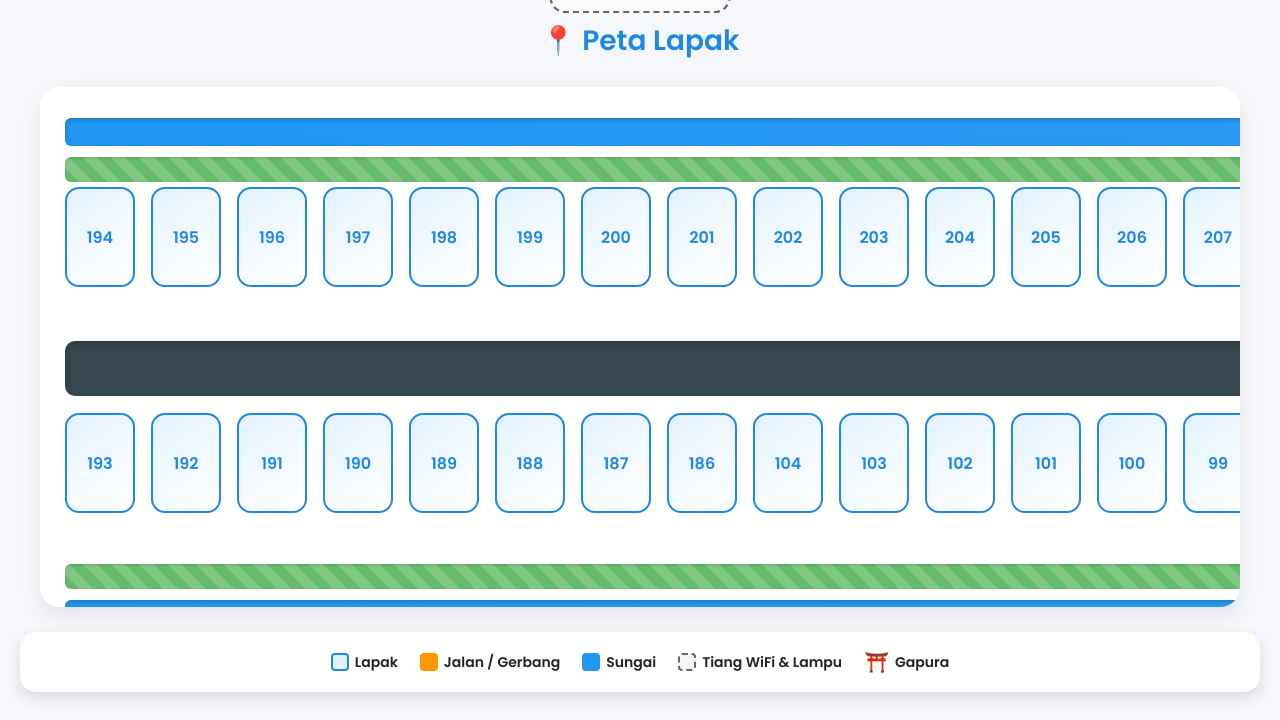
Repository: pasarrakyatbak/denah
Page: index.html
An editor plug-in stored every save of this project. The page is shown before and after the next save, followed by the edit.
The browser window is 1280 px wide. The pictures show the whole page.
An inner scrolling area shows only its first screen.

Above is the page before, as saved 2025-09-19 18:59:33.

### index.html
<!DOCTYPE html>
<html lang="id">

<head>
    <meta charset="utf-8" />
    <meta name="viewport" content="width=device-width, initial-scale=1" />
    <title>Peta Lapak Modern</title>
    <link href="https://fonts.googleapis.com/css2?family=Poppins:wght@400;600&display=swap" rel="stylesheet">
    <link rel="stylesheet" href="style.css" />
</head>

<body>
    <h1>📍 Peta Lapak</h1>

    <!-- Tooltip -->
    <div class="tooltip" id="tooltip"></div>

    <!-- Grid Container -->
    <div class="scroll-container">
        <div class="h-inner">

            <!-- Rumput kiri -->
            <div class="sungai-side">🌊 Sungai</div>
            <div class="rumput"></div>
            <!-- Lapak kanan (sekarang di atas jalan utama) -->
            <div class="row bottom" id="right-side"></div>
            <!-- Jalan utama -->
            <div class="road-wrapper">
                <div class="road">JALAN UTAMA</div>
            </div>

            <!-- Lapak kiri (sekarang di bawah jalan utama) -->
            <div class="row top" id="left-side"></div>

            <!-- Rumput kanan -->
            <div class="rumput"></div>
            <div class="sungai-side">🌊 Sungai</div>
        </div>
    </div>


    <!-- Legend -->
    <div class="legend">
        <div>
            <div class="legend-color lapak-color"></div> Lapak
        </div>
        <div>
            <div class="legend-color jalan-color"></div> Jalan / Gerbang
        </div>
        <div>
            <div class="legend-color sungai-color"></div> Sungai
        </div>
        <div>
            <div class="legend-color tiang-color"></div> Tiang WiFi & Lampu
        </div>
        <div>
            <div class="legend-icon">⛩️</div> Gapura
        </div>
    </div>
    </div>

    <script src="script.js"></script>
</body>

</html>

### style.css
/* Reset & Base */
* {
    margin: 0;
    padding: 0;
    box-sizing: border-box;
}

body {
    font-family: 'Poppins', sans-serif;
    background: #f5f7fa;
    color: #222;
    padding: 20px;
    text-align: center;
}

h1 {
    font-size: 28px;
    margin-bottom: 25px;
    color: #1e88e5;
    font-weight: 700;
}

/* Scroll container */
.scroll-container {
    width: 100%;
    max-width: 1200px;
    height: 520px;
    overflow: auto;
    background: #fff;
    border-radius: 20px;
    padding: 25px;
    box-shadow: 0 10px 25px rgba(0, 0, 0, 0.08);
    margin: auto;
}

.h-inner {
    display: flex;
    flex-direction: column;
    gap: 5px;
    min-width: max-content;
}

.row {
    display: flex;
    gap: 16px;
    align-items: flex-start;
    flex-wrap: wrap;
    min-width: max-content;
}

/* Lapak modern */
.lapak {
    width: 70px;
    height: 100px;
    border-radius: 14px;
    background: linear-gradient(145deg, #e3f2fd, #ffffff);
    border: 2px solid #1e88e5;
    color: #1e88e5;
    font-weight: 600;
    display: flex;
    align-items: center;
    justify-content: center;
    cursor: pointer;
    font-size: 16px;
    transition: all 0.3s ease;
}

.lapak:hover {
    background: #1e88e5;
    color: #fff;
    transform: translateY(-6px) scale(1.08);
    box-shadow: 0 10px 18px rgba(30, 136, 229, 0.35);
}

/* Jalan utama */
.road {
    height: 85px;
    background: #37474f;
    color: #fff;
    display: flex;
    align-items: center;
    justify-content: center;
    border-radius: 14px;
    font-weight: 700;
    font-size: 16px;
    margin: 12px 0;
    letter-spacing: 1px;
    box-shadow: inset 0 2px 6px rgba(0, 0, 0, 0.2);
}

/* Jalan / Gerbang */
.jalan-gerbang {
    width: 150px;
    height: 50px;
    background: #ff9800;
    color: #fff;
    display: flex;
    align-items: center;
    justify-content: center;
    border-radius: 12px;
    font-weight: 700;
    transition: all 0.3s;
    box-shadow: 0 4px 12px rgba(255, 152, 0, 0.3);
}

.jalan-gerbang:hover {
    background: #fb8c00;
    transform: translateY(-4px);
}

/* Gapura lintas jalan */
.gapura-container {
    width: 70px;
    height: 100px;
    display: flex;
    flex-direction: column;
    align-items: center;
    justify-content: center;
    gap: 4px;
}

.gapura-icon {
    font-size: 26px;
}

.gapura-arrow {
    font-size: 18px;
}

/* Sungai */
.sungai-bawah {
    background: linear-gradient(180deg, #2196f3 0%, #64b5f6 100%);
    border-radius: 12px;
    color: #fff;
    font-weight: 600;
    display: flex;
    align-items: center;
    justify-content: center;
    font-size: 0.85em;
    width: 120%;
    height: 40px;
    box-shadow: 0 3px 8px rgba(33, 150, 243, 0.4);
}

.sungai-atas {
    background: linear-gradient(90deg, #00bfff, #4fc3f7);
    color: #fff;
    font-size: 12px;
    font-weight: bold;
    padding: 4px 10px;
    border-radius: 8px;
    margin-bottom: 5px;
}

/* Tiang WiFi + Lampu */
.tiang-container {
    position: absolute;
    top: -40px;
    left: 50%;
    transform: translateX(-50%);
    z-index: 10;
    min-width: 120px;
    padding: 8px 12px;
    background: #fafafa;
    border: 2px dashed #666;
    border-radius: 16px;
    display: flex;
    align-items: center;
    justify-content: center;
    gap: 12px;
    font-size: 22px;
    font-weight: bold;
    color: #444;
    box-shadow: inset 0 2px 6px rgba(0, 0, 0, 0.05);
}

.tiang-label {
    font-size: 11px;
    font-weight: 600;
    color: #222;
}


/* Tooltip */
.tooltip {
    position: absolute;
    background: rgba(30, 136, 229, 0.95);
    color: #fff;
    padding: 7px 12px;
    border-radius: 8px;
    font-size: 13px;
    pointer-events: none;
    opacity: 0;
    transition: opacity 0.2s, transform 0.2s;
    z-index: 10;
    transform: translateY(-4px);
}

/* Legend */
.legend {
    margin-top: 25px;
    background: #fff;
    padding: 14px 20px;
    border-radius: 16px;
    box-shadow: 0 6px 16px rgba(0, 0, 0, 0.12);
    font-size: 14px;
    font-weight: 600;
    line-height: 1.6;
    display: flex;
    gap: 22px;
    justify-content: center;
    flex-wrap: wrap;
}

.legend div {
    display: flex;
    align-items: center;
    gap: 6px;
}

.legend-color {
    width: 18px;
    height: 18px;
    border-radius: 4px;
}

.legend-icon {
    font-size: 20px;
}

/* Legend colors */
.lapak-color {
    background: #e3f2fd;
    border: 2px solid #1e88e5;
}

.jalan-color {
    background: #ff9800;
}

.sungai-color {
    background: #2196f3;
}

.tiang-color {
    background: #f5f5f5;
    border: 2px dashed #666;
}

/* Wrapper */
.lapak-wrapper {
    display: flex;
    flex-direction: column;
    align-items: center;
    gap: 6px;
}

.lapak-wrapper .lapak {
    order: 2;
}

.lapak-wrapper .jalan-gerbang,
.lapak-wrapper .gapura-container,
.lapak-wrapper .sungai-atas,
.lapak-wrapper .sungai-bawah,
.lapak-wrapper .tiang-container {
    order: 1;
}

/* Bungkus jalan + rumput */
.road-wrapper {
    display: flex;
    flex-direction: column;
    gap: 6px;
    width: 100%;
}

/* Jalan utama penuh kiri kanan */
.road {
    height: 55px;
    width: 100%;
    background: #37474f;
    color: #fff;
    display: flex;
    align-items: center;
    justify-content: center;
    border-radius: 10px;
    font-weight: 700;
    font-size: 16px;
    letter-spacing: 1px;
    box-shadow: inset 0 2px 6px rgba(0, 0, 0, 0.2);
}

/* Rumput di sisi jalan */
.rumput {
    height: 25px;
    width: 100%;
    background: repeating-linear-gradient(45deg,
            #66bb6a,
            #66bb6a 10px,
            #81c784 10px,
            #81c784 20px);
    border-radius: 6px;
    box-shadow: inset 0 1px 3px rgba(0, 0, 0, 0.15);
}

/* Sungai samping */
.sungai-side {
    width: 100%;
    height: 28px;
    background: linear-gradient(90deg, #2196f3, #64b5f6);
    border-radius: 6px;
    color: #fff;
    font-weight: 600;
    font-size: 13px;
    display: flex;
    align-items: center;
    justify-content: center;
    gap: 6px;
    box-shadow: inset 0 2px 5px rgba(0, 0, 0, 0.2);
    margin: 6px 0;
}

/* Responsive */
@media(max-width:900px) {
    .scroll-container {
        height: 450px;
    }

    .lapak {
        width: 60px;
        height: 90px;
        font-size: 14px;
    }

    .jalan-gerbang {
        width: 120px;
        height: 45px;
        font-size: 13px;
    }
}

@media(max-width:600px) {
    body {
        padding: 12px;
    }

    h1 {
        font-size: 22px;
    }

    .scroll-container {
        height: 400px;
        padding: 12px;
    }

    .lapak {
        width: 50px;
        height: 80px;
        font-size: 13px;
    }

    .jalan-gerbang {
        width: 100px;
        height: 40px;
        font-size: 12px;
    }

    .sungai-bawah {
        width: 100%;
        height: 35px;
        font-size: 0.75em;
    }
}

### script.js
// DATA NOMOR
const leftNumbers = [1, 2, 3, 4, 5, 6, 7, 8, 9, 10, 11, 15, 16, 17, 18, 19, 20, 21, 22, 23, 24, 25, 26, 27, 28, 29, 30, 31, 32, 33, 34, 35, 36, 37, 38, 39, 40, 41, 42, 43, 44, 45, 46, 47, 48, 49, 50, 51, 52, 53, 54, 55, 56, 57, 58, 59, 60, 61, 62, 63, 64, 65, 66, 67, 68, 69, 70, 71, 72, 73, 74, 75, 76, 77, 78, 79, 80, 81, 82, 83, 84, 85, 86, 87, 88, 89, 90, 91, 92, 93, 94, 95, 96, 97, 98, 99, 100, 101, 102, 103, 104, 186, 187, 188, 189, 190, 191, 192, 193];
const rightNumbers = [194, 195, 196, 197, 198, 199, 200, 201, 202, 203, 204, 205, 206, 207, 208, 209, 210, 211, 212, 213, 105, 106, 107, 108, 109, 110, 111, 112, 113, 114, 115, 116, 117, 118, 119, 120, 121, 122, 123, 124, 125, 126, 127, 128, 129, 130, 131, 132, 133, 134, 135, 136, 137, 138, 214, 215, 216, 139, 140, 141, 142, 143, 144, 145, 146, 147, 148, 149, 150, 151, 152, 153, 154, 155, 156, 157, 158, 159, 160, 161, 162, 163, 164, 165, 166, 167, 168, 169, 170, 171, 172, 173, 174, 175, 176, 177, 178, 179, 180, 181, 182, 183, 184, 185];

const rightSide = document.getElementById('right-side');
const leftSide = document.getElementById('left-side');

// Buat lapak
function makeLapak(num) {
    const d = document.createElement('div');
    d.className = 'lapak';
    d.textContent = num;
    return d;
}

rightNumbers.forEach(n => rightSide.appendChild(makeLapak(n)));
leftNumbers.slice().reverse().forEach(n => leftSide.appendChild(makeLapak(n)));

// Gerbang
function insertGerbangBetween(parent, a, b, label = 'Gerbang') {
    const children = Array.from(parent.children);
    const idxA = children.findIndex(c => c.textContent == String(a));
    const idxB = children.findIndex(c => c.textContent == String(b));
    if (idxA === -1 || idxB === -1) return;
    const insertAfterIndex = Math.min(idxA, idxB);
    const refNode = parent.children[insertAfterIndex + 1] || null;
    const g = document.createElement('div');
    g.className = 'jalan-gerbang';
    g.textContent = label;
    parent.insertBefore(g, refNode);
}
insertGerbangBetween(leftSide, 2, 3);
insertGerbangBetween(leftSide, 11, 15);

// Gapura lintas jalan
function insertGapura(leftParent, rightParent, a, b) {
    const idxL = Array.from(leftParent.children).findIndex(c => c.textContent == a);
    const idxR = Array.from(rightParent.children).findIndex(c => c.textContent == b);
    if (idxL === -1 || idxR === -1) return;

    const gapuraBottom = document.createElement('div');
    gapuraBottom.className = 'gapura-container';
    gapuraBottom.innerHTML = `<div class="gapura-icon">⛩️</div><div class="gapura-arrow">⬆️</div>`;
    leftParent.insertBefore(gapuraBottom, leftParent.children[idxL + 1]);

    const gapuraTop = document.createElement('div');
    gapuraTop.className = 'gapura-container';
    gapuraTop.innerHTML = `<div class="gapura-arrow">⬇️</div><div class="gapura-icon">⛩️</div>`;
    rightParent.insertBefore(gapuraTop, rightParent.children[idxR]);
}
insertGapura(leftSide, rightSide, 57, 146);

// Sungai
function placeSungaiBelow(parent, num) {
    const target = Array.from(parent.children).find(c => c.textContent == num);
    if (!target) return;
    const wrapper = document.createElement('div');
    wrapper.className = 'lapak-wrapper';
    wrapper.setAttribute('data-lapak', num);
    parent.insertBefore(wrapper, target);
    wrapper.appendChild(target);

    const sungai = document.createElement('div');
    sungai.className = 'sungai-bawah';
    sungai.textContent = 'Sungai';
    wrapper.appendChild(sungai);
}
function placeSungaiAbove(parent, num) {
    const target = Array.from(parent.children).find(c => c.textContent == num);
    if (!target) return;
    const wrapper = document.createElement('div');
    wrapper.className = 'lapak-wrapper';
    wrapper.setAttribute('data-lapak', num);
    parent.insertBefore(wrapper, target);
    wrapper.appendChild(target);

    const sungai = document.createElement('div');
    sungai.className = 'sungai-atas';
    sungai.textContent = 'Sungai';
    wrapper.insertBefore(sungai, target);
}
placeSungaiBelow(leftSide, 62);
placeSungaiAbove(rightSide, 141);

// Tiang WiFi + Lampu
function insertTiangAbove(parent, num) {
    const target = Array.from(parent.children).find(c => c.textContent == num);
    if (!target) return;

    // Bungkus dulu
    const wrapper = document.createElement('div');
    wrapper.className = 'lapak-wrapper';
    parent.insertBefore(wrapper, target);
    wrapper.appendChild(target);

    // Tambah tiang di atas lapak
    const tiang = document.createElement('div');
    tiang.className = 'tiang-container';
    tiang.innerHTML = `📡<div class="tiang-label">WiFi</div>💡<div class="tiang-label">Lampu</div>`;
    wrapper.insertBefore(tiang, target);
}


// Jalan
function insertJalan(parent, a, b, label = 'Jalan') {
    const idxA = Array.from(parent.children).findIndex(c => c.textContent == a);
    const idxB = Array.from(parent.children).findIndex(c => c.textContent == b);
    if (idxA === -1 || idxB === -1) return;
    const insertAfter = Math.min(idxA, idxB);
    const refNode = parent.children[insertAfter + 1] || null;
    const jalan = document.createElement('div');
    jalan.className = 'jalan-gerbang';
    jalan.textContent = label;
    parent.insertBefore(jalan, refNode);
}

// Contoh insert
insertJalan(rightSide, 156, 157);
insertJalan(rightSide, 216, 139);
insertJalan(rightSide, 163, 164);
insertJalan(rightSide, 180, 181);
insertTiangAbove(rightSide, 20, 201);
insertTiangAbove(rightSide, 108, 109);
insertTiangAbove(rightSide, 124, 125);
insertTiangAbove(rightSide, 137, 138);

const tooltip = document.getElementById('tooltip');

function showTooltip(e, text) {
    tooltip.textContent = text;
    tooltip.style.left = e.pageX + 10 + 'px';
    tooltip.style.top = e.pageY + 10 + 'px';
    tooltip.style.opacity = 1;
}

function hideTooltip() {
    tooltip.style.opacity = 0;
}

// Tambahkan tooltip untuk setiap elemen
document.querySelectorAll('.lapak').forEach(el => {
    el.addEventListener('mouseenter', e => showTooltip(e, 'Lapak #' + el.textContent));
    el.addEventListener('mousemove', e => showTooltip(e, 'Lapak #' + el.textContent));
    el.addEventListener('mouseleave', hideTooltip);
});

document.querySelectorAll('.jalan-gerbang').forEach(el => {
    el.addEventListener('mouseenter', e => showTooltip(e, 'Jalan / Gerbang: ' + el.textContent));
    el.addEventListener('mousemove', e => showTooltip(e, 'Jalan / Gerbang: ' + el.textContent));
    el.addEventListener('mouseleave', hideTooltip);
});

document.querySelectorAll('.sungai-bawah, .sungai-atas').forEach(el => {
    el.addEventListener('mouseenter', e => showTooltip(e, 'Sungai'));
    el.addEventListener('mousemove', e => showTooltip(e, 'Sungai'));
    el.addEventListener('mouseleave', hideTooltip);
});

document.querySelectorAll('.tiang-container').forEach(el => {
    el.addEventListener('mouseenter', e => showTooltip(e, 'Tiang WiFi & Lampu'));
    el.addEventListener('mousemove', e => showTooltip(e, 'Tiang WiFi & Lampu'));
    el.addEventListener('mouseleave', hideTooltip);
});

document.querySelectorAll('.gapura-container').forEach(el => {
    el.addEventListener('mouseenter', e => showTooltip(e, 'Gapura Lintas Jalan'));
    el.addEventListener('mousemove', e => showTooltip(e, 'Gapura Lintas Jalan'));
    el.addEventListener('mouseleave', hideTooltip);
});

After the next save:
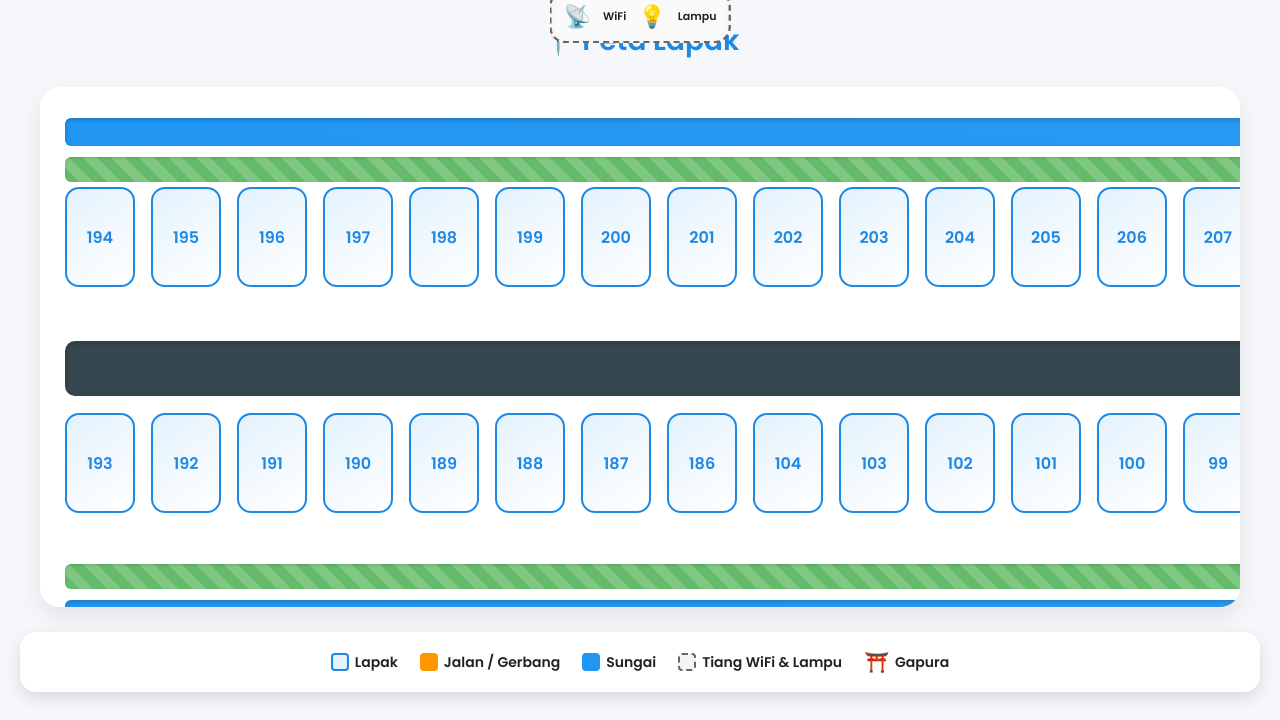
Saved 6 s later.
--- a/style.css
+++ b/style.css
@@ -155,7 +155,7 @@ h1 {
 /* Tiang WiFi + Lampu */
 .tiang-container {
     position: absolute;
-    top: -40px;
+    top: -10px;
     left: 50%;
     transform: translateX(-50%);
     z-index: 10;
